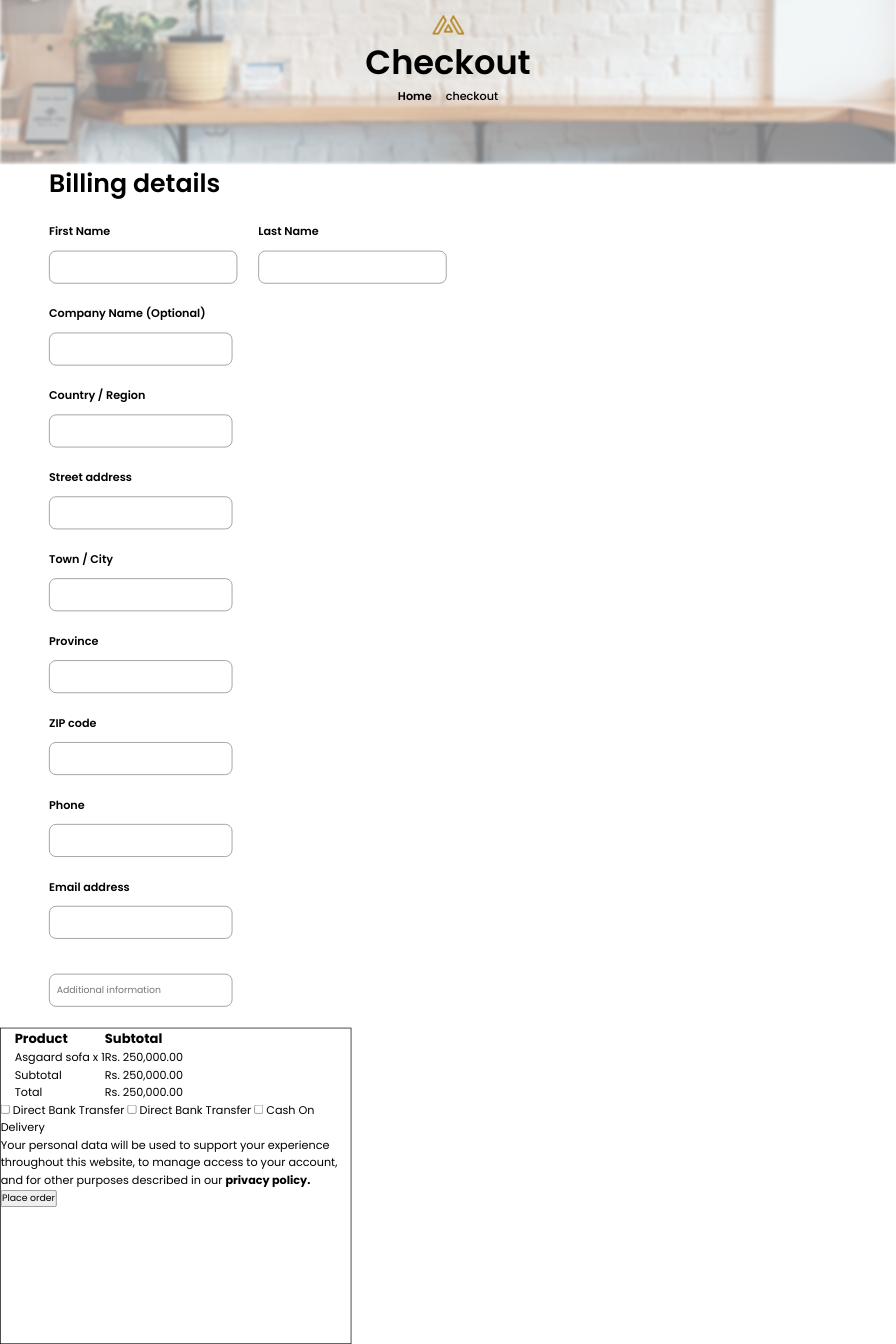
Repository: DT2301/project
Page: checkout.html
The author's editor kept a copy of each file at every save. The page is drawn from the files as they stood at one save, then again after the next save.
The browser window is 1280 px wide. The pictures show the part of the page from y = 153 to 2073 px (the page is 2073 px tall), at 70% of full size.
A picture or video elsewhere on the page could not be fetched, so the positions and the page height are approximate.

Above is the page before, as saved 2024-01-08 11:50:57.

After the next save:
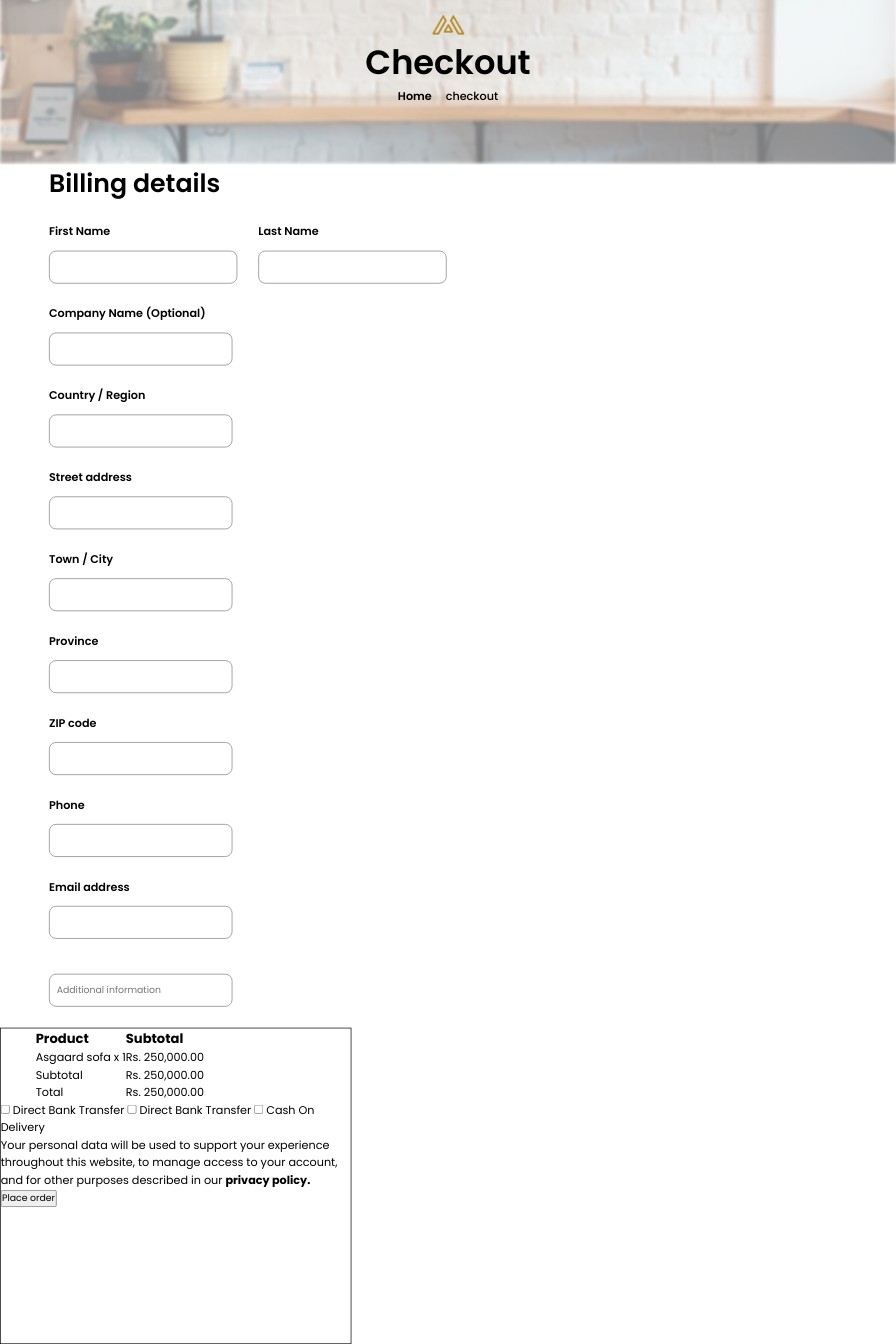
Saved 5 s later.
--- a/checkout.css
+++ b/checkout.css
@@ -166,7 +166,7 @@ ul {
 .checkout .placeorder {
     display: flex;
     flex-direction: row;
-    margin-left: 20px;
+    margin-left: 50px  ;
 }
 
 .checkout .placeorder div {
